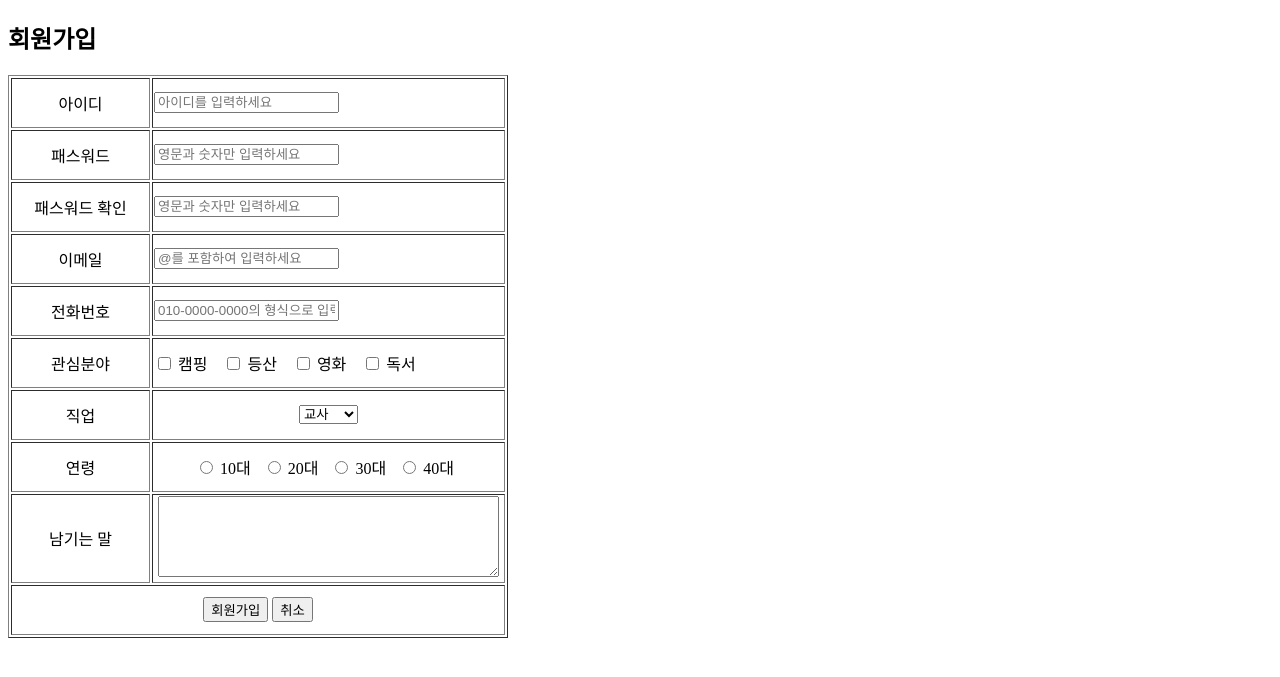
Repository: ohseung-web/OTjsp2026
Page: http://localhost/chapter/RequestJoin.jsp
The author's editor kept a copy of each file at every save. The page is drawn from the files as they stood at one save, then again after the next save.
The browser window is 1280 px wide. The pictures show the whole page.
The page is served by Tomcat 9.

Above is the page before, as saved 2026-10-18 02:35:47.

### chapter/src/main/webapp/RequestJoin.jsp
<%@ page language="java" contentType="text/html; charset=UTF-8"
    pageEncoding="UTF-8"%>
<!DOCTYPE html>
<html>
<head>
<meta charset="UTF-8">
<title>Insert title here</title>
</head>
<body>
	<h2> 회원가입 </h2>
	<form action="RequestJoinProc.jsp" method="post">
		<table  width="500" border="1">
			<tr height="50">
				<td width="150" align="center">아이디</td>
				<td width="350">
					<input type="text" name="id" placeholder="아이디를 입력하세요">
				</td>
			</tr>
			<tr height="50">
				<td width="150" align="center">패스워드</td>
				<td width="350">
					<input type="password" name="pass" placeholder="영문과 숫자만 입력하세요">
				</td>
			</tr>
			<tr height="50">
				<td width="150" align="center">패스워드 확인</td>
				<td width="350">
					<input type="password" name="passchk" placeholder="영문과 숫자만 입력하세요">
				</td>
			</tr>
			<tr height="50">
				<td width="150" align="center">이메일</td>
				<td width="350">
					<input type="email" name="email" placeholder="@를 포함하여 입력하세요">
				</td>
			</tr>
			<tr height="50">
				<td width="150" align="center">전화번호</td>
				<td width="350">
					<input type="tel" name="tel" placeholder="010-0000-0000의 형식으로 입력하세요">
				</td>
			</tr>
			<tr height="50">
				<td width="150" align="center">관심분야</td>
				<td width="350">
					<input type="checkbox" name="hobby" value="캠핑" id="camping">
					<label for="camping">캠핑</label> &nbsp;&nbsp;
					<input type="checkbox" name="hobby" value="등산" id="mount">
					<label for="mount">등산</label> &nbsp;&nbsp;
					<input type="checkbox" name="hobby" value="캠핑" id="movie">
					<label for="movie">영화</label> &nbsp;&nbsp;
					<input type="checkbox" name="hobby" value="캠핑" id="book">
					<label for="book">독서</label> &nbsp;&nbsp;
				</td>
			</tr>
			<tr height="50">
				<td width="150" align="center">직업</td>
				<td width="350" align="center">
					<select name="job">
						<option value="교사">교사
						<option value="변호사">변호사
						<option value="의사">의사
						<option value="기술사">기술사
					</select>
				</td>
			</tr>
			<tr height="50">
				<td width="150" align="center">연령</td>
				<td width="350" align="center">
					<input type="radio" name="age" value="10대" id="teenage">
					<label for="teenage">10대</label>&nbsp;&nbsp;
					<input type="radio" name="age" value="10대" id="twenty">
					<label for="twenty">20대</label>&nbsp;&nbsp;
					<input type="radio" name="age" value="10대" id="thirty">
					<label for="thirty">30대</label>&nbsp;&nbsp;
					<input type="radio" name="age" value="10대" id="forty">
					<label for="forty">40대</label>&nbsp;&nbsp;
				</td>
			</tr>
			<tr height="50">
				<td width="150" align="center">남기는 말</td>
				<td width="350" align="center">
					<textarea rows="5" cols="40" name="info"></textarea>
				</td>
			</tr>
			<tr height="50">
				<td colspan="2" align="center">
					<input type="submit" value="회원가입">
					<input type="reset" value="취소">
				</td>
			</tr>
		</table>

	</form>
</body>
</html>

After the next save:
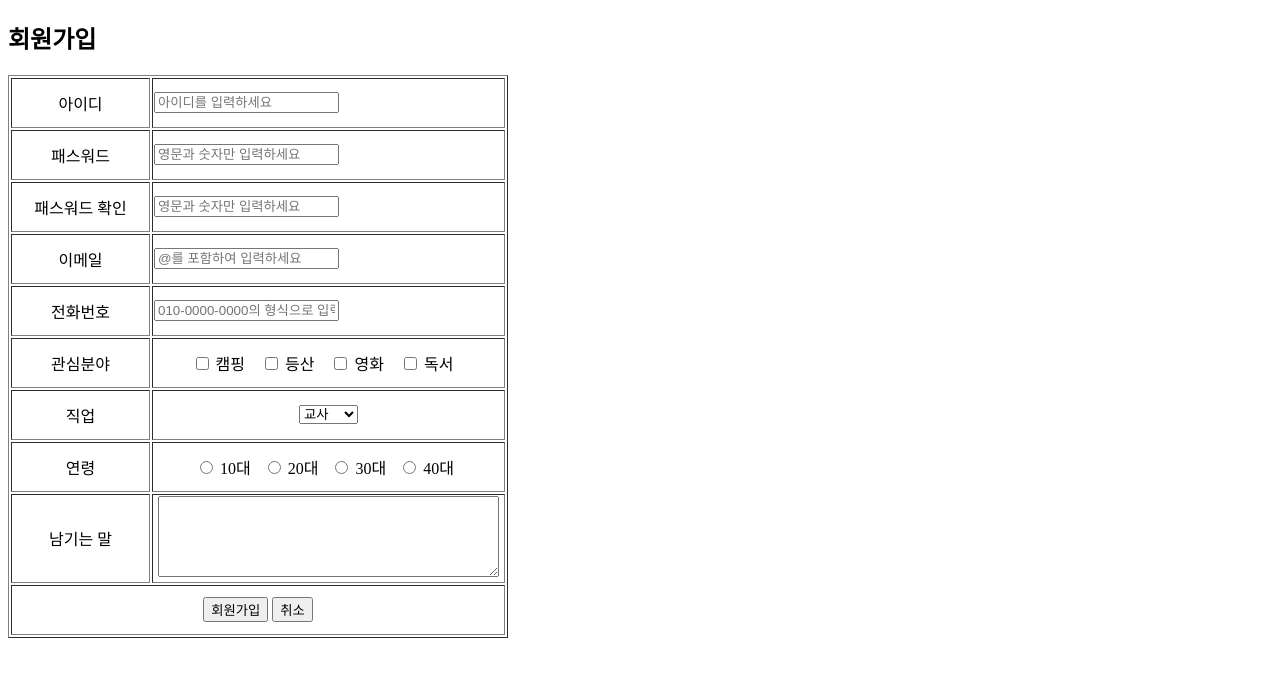
Saved 86 s later.
--- a/chapter/src/main/webapp/RequestJoin.jsp
+++ b/chapter/src/main/webapp/RequestJoin.jsp
@@ -42,7 +42,7 @@
 			</tr>
 			<tr height="50">
 				<td width="150" align="center">관심분야</td>
-				<td width="350">
+				<td width="350" align="center">
 					<input type="checkbox" name="hobby" value="캠핑" id="camping">
 					<label for="camping">캠핑</label> &nbsp;&nbsp;
 					<input type="checkbox" name="hobby" value="등산" id="mount">
